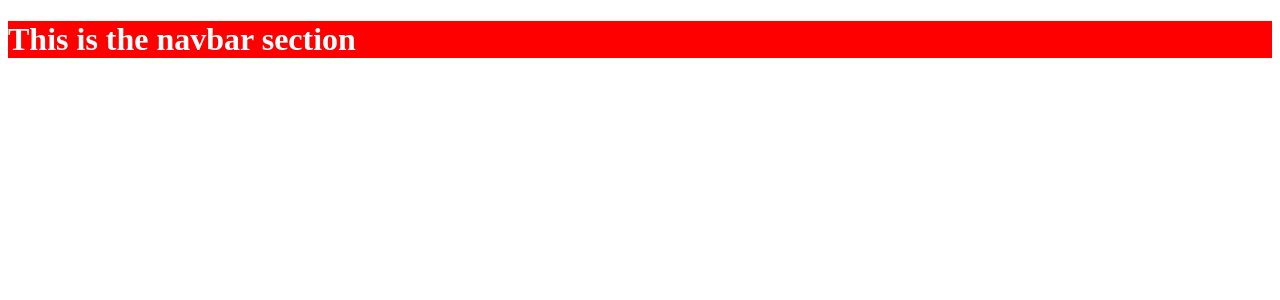
Repository: AkshayKPrajapati/CodingHub
Page: http://localhost/MavenProject/Navbar.jsp
The author's editor kept a copy of each file at every save. The page is drawn from the files as they stood at one save, then again after the next save.
The browser window is 1280 px wide. The pictures show the whole page.
The page is served by Tomcat 9.

Above is the page before, as saved 2025-10-23 12:09:39.

After the next save:
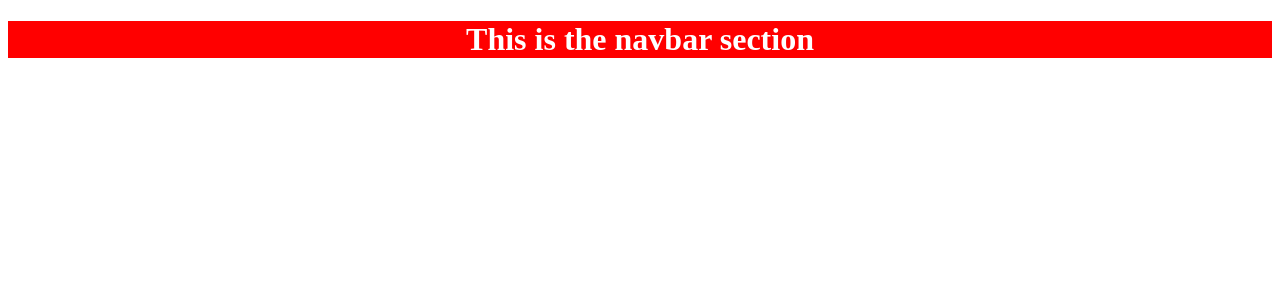
Saved 39 s later.
--- a/MavenProject/src/main/webapp/Navbar.jsp
+++ b/MavenProject/src/main/webapp/Navbar.jsp
@@ -7,6 +7,6 @@
 <title>Insert title here</title>
 </head>
 <body>
-	<h1 style="background:red;color:white;">This is the navbar section</h1>
+	<h1 style="background:red;color:white;text-align:center;">This is the navbar section</h1>
 </body>
 </html>
